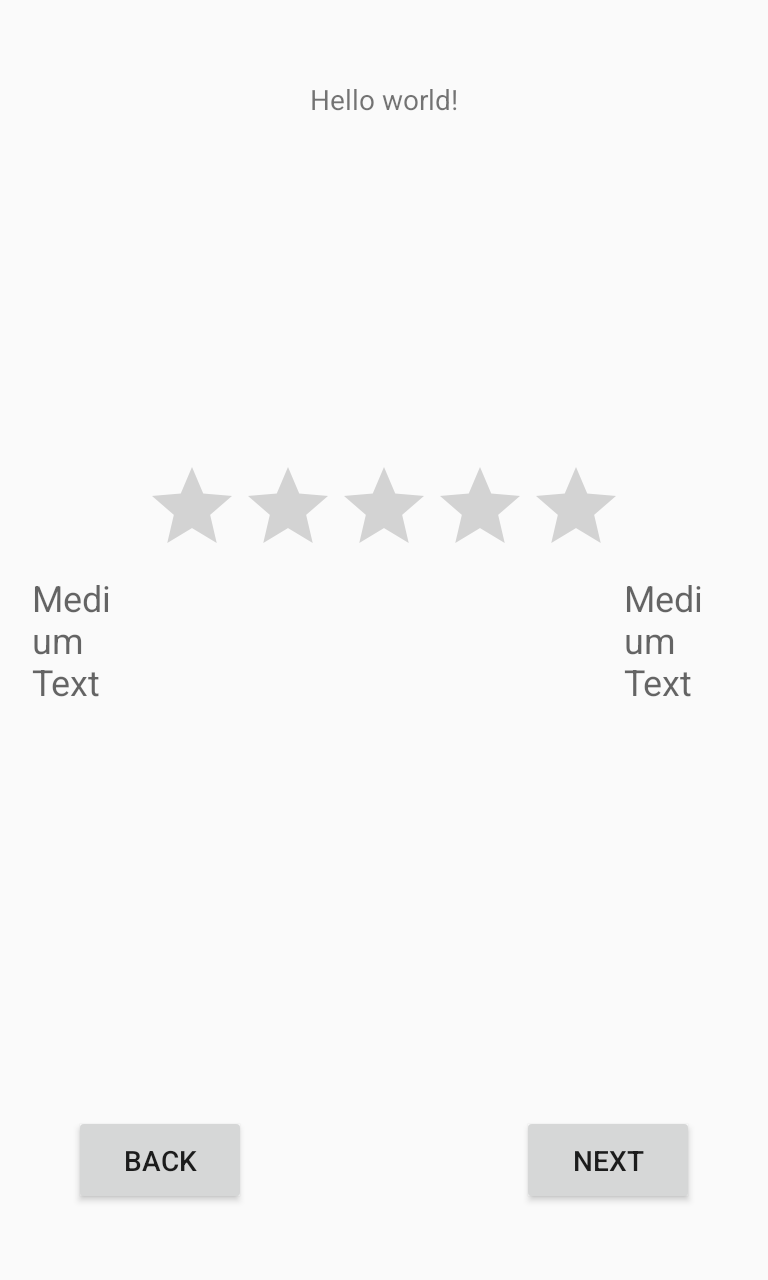
Repository: stevelyall/ERapp
Layout: ERsurvey/res/layout/activity_survey.xml
The author's editor kept a copy of each file at every save. The layout is drawn from the files as they stood at one save, then again after the next save.
It is drawn on a 768 x 1280 px phone screen (xhdpi) without system bars, with theme AppTheme; the app's code is not run.

Above is the layout before, as saved 2014-10-25 06:10:19.

After the next save:
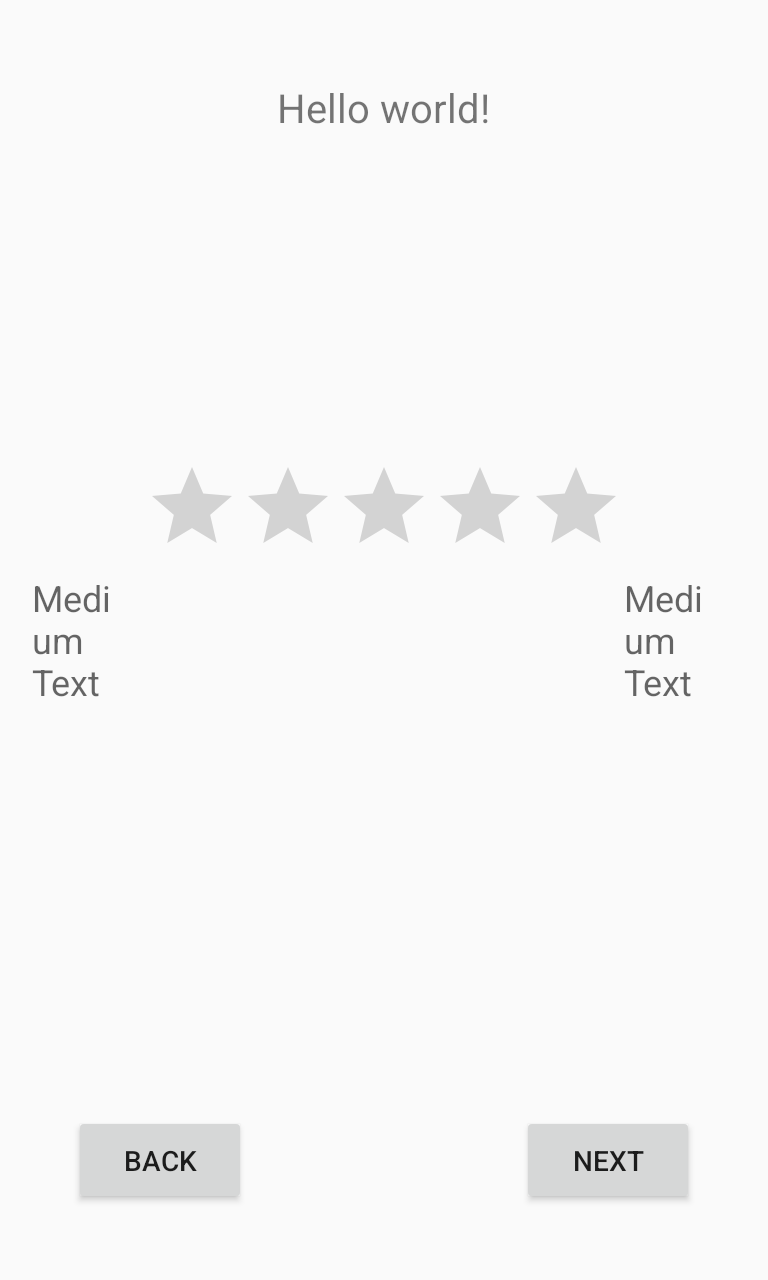
Saved 87 s later.
--- a/ERsurvey/res/layout/activity_survey.xml
+++ b/ERsurvey/res/layout/activity_survey.xml
@@ -45,7 +45,8 @@
         android:layout_alignParentTop="true"
         android:layout_centerHorizontal="true"
         android:layout_marginTop="24dp"
-        android:text="@string/hello_world" />
+        android:text="@string/hello_world"
+        android:textSize="20sp" />
 
     <RatingBar
         android:id="@+id/rating"
